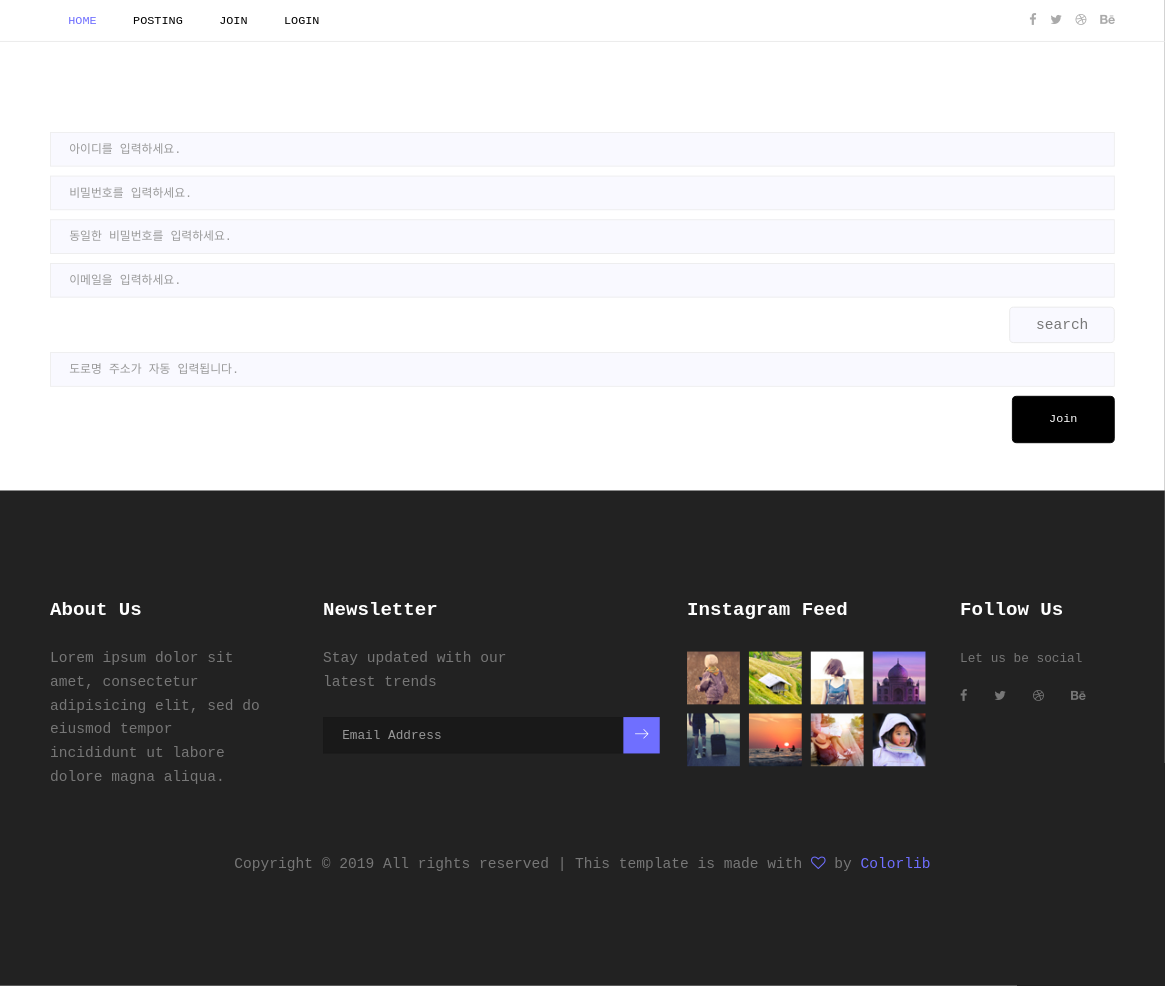
Repository: DAVISPARK/park
Page: http://localhost/blog/user/join.jsp
An editor plug-in stored every save of this project. The page is shown before and after the next save, followed by the edit.
The browser window is 1280 px wide. The pictures show the whole page, at 91% of full size.
Some web fonts or font styles are not loaded; a fallback is used. The page is served by Tomcat 9. Other server files are loaded and not shown.

Above is the page before, as saved 2019-11-07 12:31:50.

### blog/WebContent/user/join.jsp
<%@ page language="java" contentType="text/html; charset=UTF-8" pageEncoding="UTF-8"%>

<%@ include file="/include/nav.jsp"%>

<!--================Contact Area =================-->
<section class="contact_area">
	<div class="container">
		<div class="row">
			<div class="col-lg-12">
				<form class="row contact_form" action="/blog/user?cmd=join" method="post" onsubmit="return validateCheck()">
					<!-- validateCheck() 패스워드 동일성 검사 return  -->
					<div class="col-md-12">
						<div class="form-group">
							<input type="text" class="form-control" name="username" placeholder="아이디를 입력하세요." required="required" maxlength="20">
						</div>
					</div>
					<div class="col-md-12">
						<div class="form-group">
							<input type="password" class="form-control" id="password" name="password" placeholder="비밀번호를 입력하세요." required="required" maxlength="20">
						</div>
					</div>
					<div class="col-md-12">
						<div class="form-group">
							<input type="password" class="form-control" id="passwordCheck" name="passwordCheck" placeholder="동일한 비밀번호를 입력하세요." required="required" maxlength="20">
						</div>
					</div>
					<div class="col-md-12">
						<div class="form-group">
							<input type="email" class="form-control" name="email" placeholder="이메일을 입력하세요." required="required" maxlength="40">
						</div>
						</div>

						<!-- 도로명 주소 시작 -->
						<div class="col-md-12">
							<div class="form-group float-right">
								<a style="cursor:pointer;" class="blog_btn" onClick="goPopup()">search</a>
							</div>
						</div>

						<div class="col-md-12">
							<div class="form-group">
								<input type="text" class="form-control" id="roadFullAddr" name="address" placeholder="도로명 주소가 자동 입력됩니다." required="required" readonly>
							</div>
						</div>
						<!-- 도로명 주소 끝-->

					</div>
					<div class="col-md-12 text-right">
						<button type="submit" value="submit" class="btn submit_btn">Join</button>
					</div>
				</form>
			</div>
		</div>
	</div>
</section>
<!--================Contact Area =================-->
<br />
<br />

<!-- 스크립트는 항상 밑에 작성한다. -->
<script>

function goPopup(){
	// 주소검색을 수행할 팝업 페이지를 호출합니다.
	// 호출된 페이지(jusopopup.jsp)에서 실제 주소검색URL(http://www.juso.go.kr/addrlink/addrLinkUrl.do)를 호출하게 됩니다.
	var pop = window.open("/blog/juso/jusoPopup.jsp","pop","width=570,height=420, scrollbars=yes, resizable=yes");
}

//주소 입력 버튼을 누르면 콜백된다.
function jusoCallBack(roadFullAddr){
		var juso = document.querySelector('#roadFullAddr');
		juso.value = roadFullAddr;
}


	function validateCheck() {
		var password = document.querySelector('#password').value;
		var passwordCheck = document.querySelector('#passwordCheck').value;
		var roadFullAddr = document.querySelector('#roadFullAddr').value;

		if(roadFullAddr ==''){
			alert('주소를 입력하세요.');
			return false;
		}

		if (password === passwordCheck) {
			console.log('비밀번호가 동일합니다.');
			return true;
		} else {
			console.log('비밀번호가 틀렸습니다.');
			alert('비밀번호가 동일하지 않습니다. 다시 입력해주세요.');
			return false;
		}

	}
</script>

<%@ include file="/include/footer.jsp"%>

### blog/WebContent/include/nav.jsp
<%@ page language="java" contentType="text/html; charset=UTF-8" pageEncoding="UTF-8"%>
    <%@ taglib prefix="c" uri="http://java.sun.com/jsp/jstl/core" %>
<!doctype html>
<html lang="en">
<head>
<!-- Required meta tags -->
<meta charset="utf-8">
<meta name="viewport" content="width=device-width, initial-scale=1, shrink-to-fit=no">
<link rel="icon" href="/blog/img/favicon.png" type="/blog/image/png">
<title>Cos Blog</title>
<!-- Bootstrap CSS -->
<link rel="stylesheet" href="/blog/css/bootstrap.css">
<link rel="stylesheet" href="/blog/vendors/linericon/style.css">
<link rel="stylesheet" href="/blog/css/font-awesome.min.css">
<link rel="stylesheet" href="/blog/vendors/owl-carousel/owl.carousel.min.css">
<link rel="stylesheet" href="/blog/vendors/lightbox/simpleLightbox.css">
<link rel="stylesheet" href="/blog/vendors/nice-select/css/nice-select.css">
<link rel="stylesheet" href="/blog/vendors/animate-css/animate.css">
<link rel="stylesheet" href="/blog/vendors/jquery-ui/jquery-ui.css">
<!-- main css -->
<link rel="stylesheet" href="/blog/css/style.css">
<link rel="stylesheet" href="/blog/css/responsive.css">
</head>
<body>

	<!--================Header Menu Area =================-->
	<header class="header_area">
		<div class="main_menu">
			<nav class="navbar navbar-expand-lg navbar-light">
				<div class="container box_1620">
					<!-- Brand and toggle get grouped for better mobile display -->
					<a class="navbar-brand logo_h" href="#"><img src="/blog/img/logo.png" alt=""></a>
					<button class="navbar-toggler" type="button" data-toggle="collapse" data-target="#navbarSupportedContent" aria-controls="navbarSupportedContent" aria-expanded="false"
						aria-label="Toggle navigation">
						<span class="icon-bar"></span> <span class="icon-bar"></span> <span class="icon-bar"></span>
					</button>

					<!-- Collect the nav links, forms, and other content for toggling -->
					<div class="collapse navbar-collapse offset" id="navbarSupportedContent">
						<ul class="nav navbar-nav menu_nav">
							<li class="nav-item active"><a class="nav-link" href="/blog/board/index.jsp">Home</a></li>
							<li class="nav-item"><a class="nav-link" href="/blog/board/write.jsp">Posting</a></li>

							<c:choose>
								<c:when test="${empty sessionScope.user}">
								<li class="nav-item"><a class="nav-link" href="/blog/user/join.jsp">Join</a></li>
								<li class="nav-item"><a class="nav-link" href="/blog/user/login.jsp">Login</a></li>
								</c:when>
								<c:otherwise>
								<li class="nav-item"><a class="nav-link" href="/blog/user/update.jsp">Profile</a></li>
								<li class="nav-item"><a class="nav-link" href="/blog/user?cmd=logout">Logout</a></li>
								</c:otherwise>
							</c:choose>

						</ul>
						<ul class="nav navbar-nav navbar-right header_social ml-auto">
							<li class="nav-item"><a href="#"><i class="fa fa-facebook"></i></a></li>
							<li class="nav-item"><a href="#"><i class="fa fa-twitter"></i></a></li>
							<li class="nav-item"><a href="#"><i class="fa fa-dribbble"></i></a></li>
							<li class="nav-item"><a href="#"><i class="fa fa-behance"></i></a></li>
						</ul>
					</div>
				</div>
			</nav>
		</div>

	</header>
	<!--================Header Menu Area =================-->

### blog/WebContent/include/footer.jsp
<%@ page language="java" contentType="text/html; charset=UTF-8" pageEncoding="UTF-8"%>
<!--================ start footer Area  =================-->
<footer class="footer-area p_120">
	<div class="container">
		<div class="row">
			<div class="col-lg-3  col-md-6 col-sm-6">
				<div class="single-footer-widget">
					<h6 class="footer_title">About Us</h6>
					<p>Lorem ipsum dolor sit amet, consectetur adipisicing elit, sed do eiusmod tempor incididunt ut labore dolore magna aliqua.</p>
				</div>
			</div>
			<div class="col-lg-4 col-md-6 col-sm-6">
				<div class="single-footer-widget">
					<h6 class="footer_title">Newsletter</h6>
					<p>Stay updated with our latest trends</p>
					<div id="mc_embed_signup">
						<form target="_blank" action="https://spondonit.us12.list-manage.com/subscribe/post?u=1462626880ade1ac87bd9c93a&amp;id=92a4423d01" method="get" class="subscribe_form relative">
							<div class="input-group d-flex flex-row">
								<input name="EMAIL" placeholder="Email Address" onfocus="this.placeholder = ''" onblur="this.placeholder = 'Email Address '" required="" type="email">
								<button class="btn sub-btn">
									<span class="lnr lnr-arrow-right"></span>
								</button>
							</div>
							<div class="mt-10 info"></div>
						</form>
					</div>
				</div>
			</div>
			<div class="col-lg-3 col-md-6 col-sm-6">
				<div class="single-footer-widget instafeed">
					<h6 class="footer_title">Instagram Feed</h6>
					<ul class="list instafeed d-flex flex-wrap">
						<li><img src="/blog/img/instagram/Image-01.jpg" alt=""></li>
						<li><img src="/blog/img/instagram/Image-02.jpg" alt=""></li>
						<li><img src="/blog/img/instagram/Image-03.jpg" alt=""></li>
						<li><img src="/blog/img/instagram/Image-04.jpg" alt=""></li>
						<li><img src="/blog/img/instagram/Image-05.jpg" alt=""></li>
						<li><img src="/blog/img/instagram/Image-06.jpg" alt=""></li>
						<li><img src="/blog/img/instagram/Image-07.jpg" alt=""></li>
						<li><img src="/blog/img/instagram/Image-08.jpg" alt=""></li>
					</ul>
				</div>
			</div>
			<div class="col-lg-2 col-md-6 col-sm-6">
				<div class="single-footer-widget f_social_wd">
					<h6 class="footer_title">Follow Us</h6>
					<p>Let us be social</p>
					<div class="f_social">
						<a href="#"><i class="fa fa-facebook"></i></a> <a href="#"><i class="fa fa-twitter"></i></a> <a href="#"><i class="fa fa-dribbble"></i></a> <a href="#"><i class="fa fa-behance"></i></a>
					</div>
				</div>
			</div>
		</div>
		<div class="row footer-bottom d-flex justify-content-between align-items-center">
			<p class="col-lg-12 footer-text text-center">
				<!-- Link back to Colorlib can't be removed. Template is licensed under CC BY 3.0. -->
				Copyright &copy;
				<script>
					document.write(new Date().getFullYear());
				</script>
				All rights reserved | This template is made with <i class="fa fa-heart-o" aria-hidden="true"></i> by <a href="https://colorlib.com" target="_blank">Colorlib</a>
				<!-- Link back to Colorlib can't be removed. Template is licensed under CC BY 3.0. -->
			</p>
		</div>
	</div>
</footer>
<!--================ End footer Area  =================-->




<!-- Optional JavaScript -->
<!-- jQuery first, then Popper.js, then Bootstrap JS -->
<script src="/blog/js/jquery-3.2.1.min.js"></script>
<script src="/blog/js/popper.js"></script>
<script src="/blog/js/bootstrap.min.js"></script>
<script src="/blog/js/stellar.js"></script>
<script src="/blog/vendors/lightbox/simpleLightbox.min.js"></script>
<script src="/blog/vendors/nice-select/js/jquery.nice-select.min.js"></script>
<script src="/blog/vendors/isotope/imagesloaded.pkgd.min.js"></script>
<script src="/blog/vendors/isotope/isotope-min.js"></script>
<script src="/blog/vendors/owl-carousel/owl.carousel.min.js"></script>
<script src="/blog/vendors/jquery-ui/jquery-ui.js"></script>
<script src="/blog/js/jquery.ajaxchimp.min.js"></script>
<script src="/blog/js/mail-script.js"></script>
<script src="/blog/js/theme.js"></script>

</body>
</html>

Loaded but not shown: blog/WebContent/css/bootstrap.css (library); blog/WebContent/vendors/linericon/style.css (library); blog/WebContent/css/font-awesome.min.css (library); blog/WebContent/vendors/owl-carousel/owl.carousel.min.css (common file); blog/WebContent/vendors/lightbox/simpleLightbox.css (library); blog/WebContent/vendors/nice-select/css/nice-select.css (library); blog/WebContent/vendors/animate-css/animate.css (library); blog/WebContent/vendors/jquery-ui/jquery-ui.css (library); blog/WebContent/js/jquery-3.2.1.min.js (library); blog/WebContent/js/popper.js (library); blog/WebContent/js/bootstrap.min.js (library); blog/WebContent/js/stellar.js (library); blog/WebContent/vendors/lightbox/simpleLightbox.min.js (library); blog/WebContent/vendors/nice-select/js/jquery.nice-select.min.js (common file); blog/WebContent/vendors/isotope/imagesloaded.pkgd.min.js (library); blog/WebContent/vendors/isotope/isotope-min.js (library); blog/WebContent/vendors/owl-carousel/owl.carousel.min.js (library); blog/WebContent/vendors/jquery-ui/jquery-ui.js (library); blog/WebContent/js/jquery.ajaxchimp.min.js (library); blog/WebContent/js/theme.js (283 lines, source omitted); blog/WebContent/js/mail-script.js (31 lines, source omitted); blog/WebContent/css/style.css (3905 lines, source omitted); blog/WebContent/css/responsive.css (373 lines, source omitted)

After the next save:
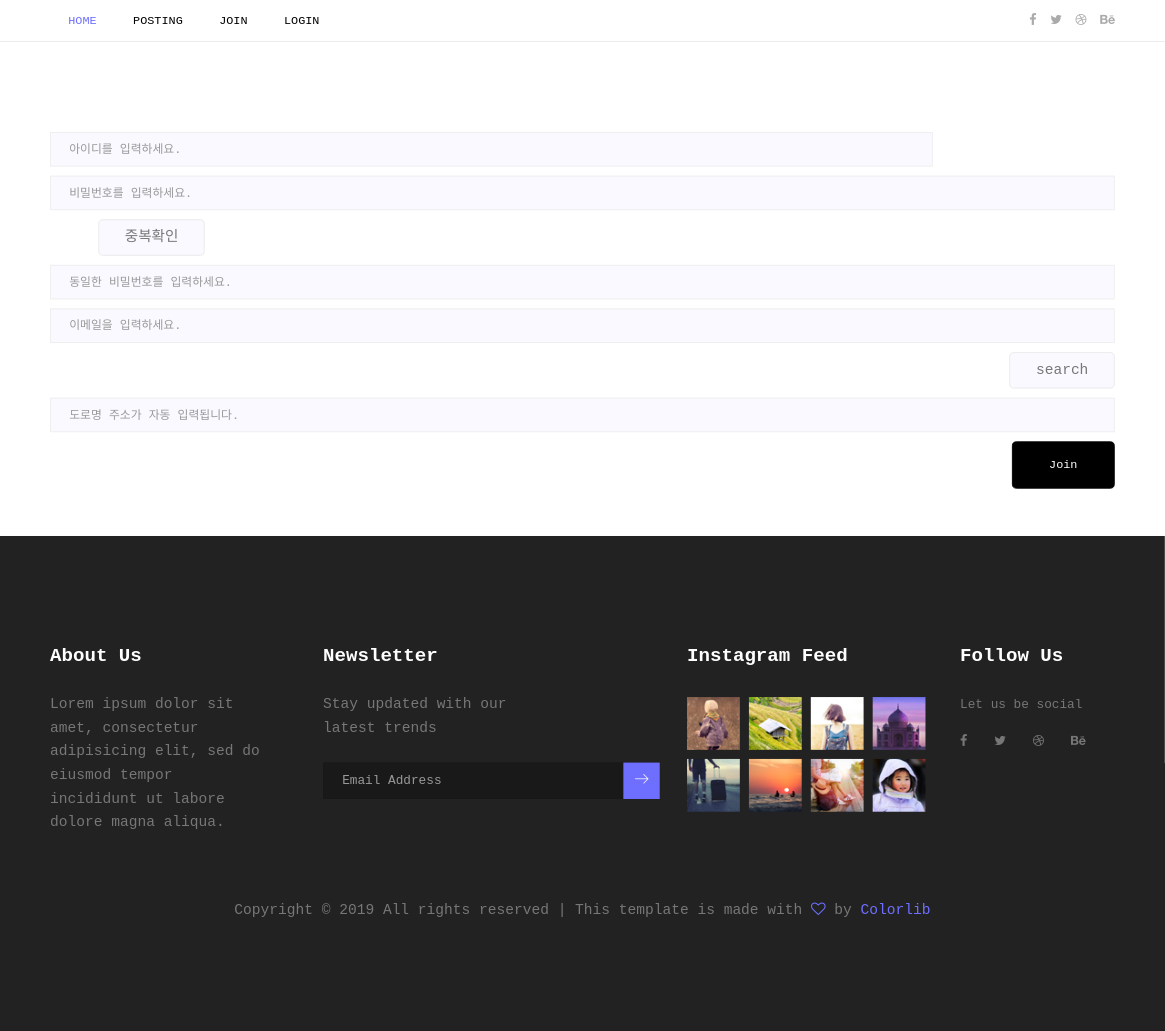
Saved 8 min 4 s later.
--- a/blog/WebContent/user/join.jsp
+++ b/blog/WebContent/user/join.jsp
@@ -9,16 +9,24 @@
 			<div class="col-lg-12">
 				<form class="row contact_form" action="/blog/user?cmd=join" method="post" onsubmit="return validateCheck()">
 					<!-- validateCheck() 패스워드 동일성 검사 return  -->
-					<div class="col-md-12">
+					<div class="col-md-10">
 						<div class="form-group">
 							<input type="text" class="form-control" name="username" placeholder="아이디를 입력하세요." required="required" maxlength="20">
 						</div>
+						<span id="username_input" style="font-size: 10px; color: red"></span>
 					</div>
 					<div class="col-md-12">
 						<div class="form-group">
 							<input type="password" class="form-control" id="password" name="password" placeholder="비밀번호를 입력하세요." required="required" maxlength="20">
 						</div>
 					</div>
+
+					<div class="col-md-2">
+						<div class="form-group float-right">
+							<a style="cursor: pointer;" class="blog_btn" onClick="usernameCheck()">중복확인</a>
+						</div>
+					</div>
+
 					<div class="col-md-12">
 						<div class="form-group">
 							<input type="password" class="form-control" id="passwordCheck" name="passwordCheck" placeholder="동일한 비밀번호를 입력하세요." required="required" maxlength="20">
@@ -28,29 +36,28 @@
 						<div class="form-group">
 							<input type="email" class="form-control" name="email" placeholder="이메일을 입력하세요." required="required" maxlength="40">
 						</div>
+					</div>
+
+					<!-- 도로명 주소 시작 -->
+					<div class="col-md-12">
+						<div class="form-group float-right">
+							<a style="cursor: pointer;" class="blog_btn" onClick="goPopup()">search</a>
 						</div>
+					</div>
 
-						<!-- 도로명 주소 시작 -->
-						<div class="col-md-12">
-							<div class="form-group float-right">
-								<a style="cursor:pointer;" class="blog_btn" onClick="goPopup()">search</a>
-							</div>
+					<div class="col-md-12">
+						<div class="form-group">
+							<input type="text" class="form-control" id="roadFullAddr" name="address" placeholder="도로명 주소가 자동 입력됩니다." required="required" readonly>
 						</div>
-
-						<div class="col-md-12">
-							<div class="form-group">
-								<input type="text" class="form-control" id="roadFullAddr" name="address" placeholder="도로명 주소가 자동 입력됩니다." required="required" readonly>
-							</div>
-						</div>
-						<!-- 도로명 주소 끝-->
-
 					</div>
-					<div class="col-md-12 text-right">
-						<button type="submit" value="submit" class="btn submit_btn">Join</button>
-					</div>
-				</form>
+					<!-- 도로명 주소 끝-->
 			</div>
+			<div class="col-md-12 text-right">
+				<button type="submit" value="submit" class="btn submit_btn">Join</button>
+			</div>
+			</form>
 		</div>
+	</div>
 	</div>
 </section>
 <!--================Contact Area =================-->
@@ -59,26 +66,50 @@
 
 <!-- 스크립트는 항상 밑에 작성한다. -->
 <script>
+	var usernameDuplicateCheck = false;
+	//아이디 중복 확인
+	function usernameCheck() {
+		var username = document.querySelector("#username").value;
 
-function goPopup(){
-	// 주소검색을 수행할 팝업 페이지를 호출합니다.
-	// 호출된 페이지(jusopopup.jsp)에서 실제 주소검색URL(http://www.juso.go.kr/addrlink/addrLinkUrl.do)를 호출하게 됩니다.
-	var pop = window.open("/blog/juso/jusoPopup.jsp","pop","width=570,height=420, scrollbars=yes, resizable=yes");
-}
+		//param 데이터를 전송하기 위해서는 URLSearchParams를 사용한다.
+		fetch("/blog/api/user", {
+			method : "POST",
+			body : new URLSearchParams("username=" + username)
+		}).then(function(r) {
+			return r.text();
+		}).then(function(r) {
+			var status = r; //ok 중복되지 않음.
+			var et = document.querySelector("#username_input");
 
-//주소 입력 버튼을 누르면 콜백된다.
-function jusoCallBack(roadFullAddr){
+			if (status === "ok") {
+				et.innerHTML = "사용할 수 있는 아이디 입니다.";
+				usernameDuplicateCheck = true;
+			} else {
+				et.innerHTML = "사용할 수 없는 아이디 입니다.";
+				usernameDuplicateCheck = false;
+			}
+		});
+	}
+
+	function goPopup() {
+		// 주소검색을 수행할 팝업 페이지를 호출합니다.
+		// 호출된 페이지(jusopopup.jsp)에서 실제 주소검색URL(http://www.juso.go.kr/addrlink/addrLinkUrl.do)를 호출하게 됩니다.
+		var pop = window.open("/blog/juso/jusoPopup.jsp", "pop",
+				"width=570,height=420, scrollbars=yes, resizable=yes");
+	}
+
+	//주소 입력 버튼을 누르면 콜백된다.
+	function jusoCallBack(roadFullAddr) {
 		var juso = document.querySelector('#roadFullAddr');
 		juso.value = roadFullAddr;
-}
-
+	}
 
 	function validateCheck() {
 		var password = document.querySelector('#password').value;
 		var passwordCheck = document.querySelector('#passwordCheck').value;
 		var roadFullAddr = document.querySelector('#roadFullAddr').value;
 
-		if(roadFullAddr ==''){
+		if (roadFullAddr == '') {
 			alert('주소를 입력하세요.');
 			return false;
 		}
